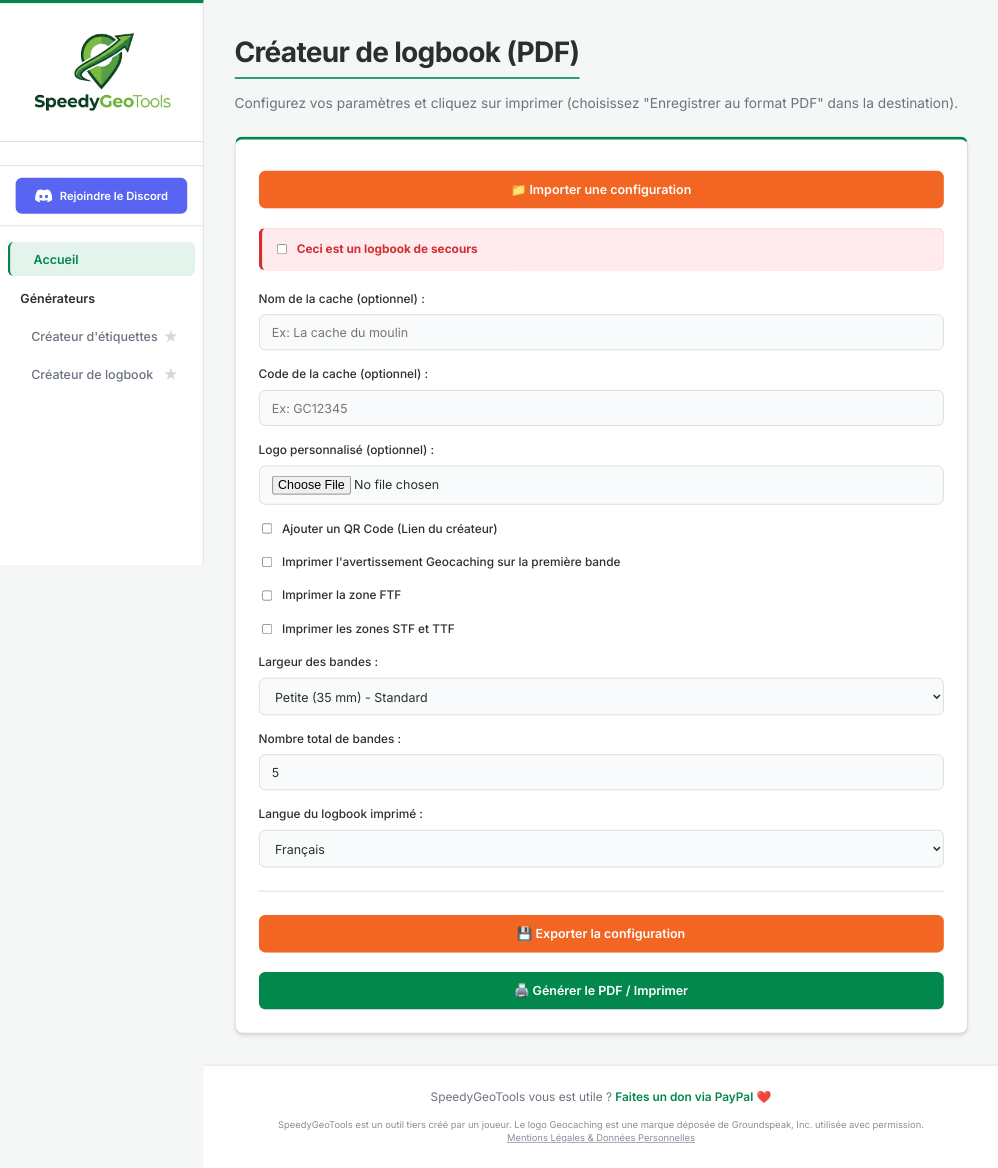
Repository: rodafux/SpeedyGeoTools
Page: logbook.html
The author's editor kept a copy of each file at every save. The page is drawn from the files as they stood at one save, then again after the next save.
The browser window is 1280 px wide. The pictures show the whole page, at 78% of full size.

Above is the page before, as saved 2026-04-10 23:19:38.

After the next save:
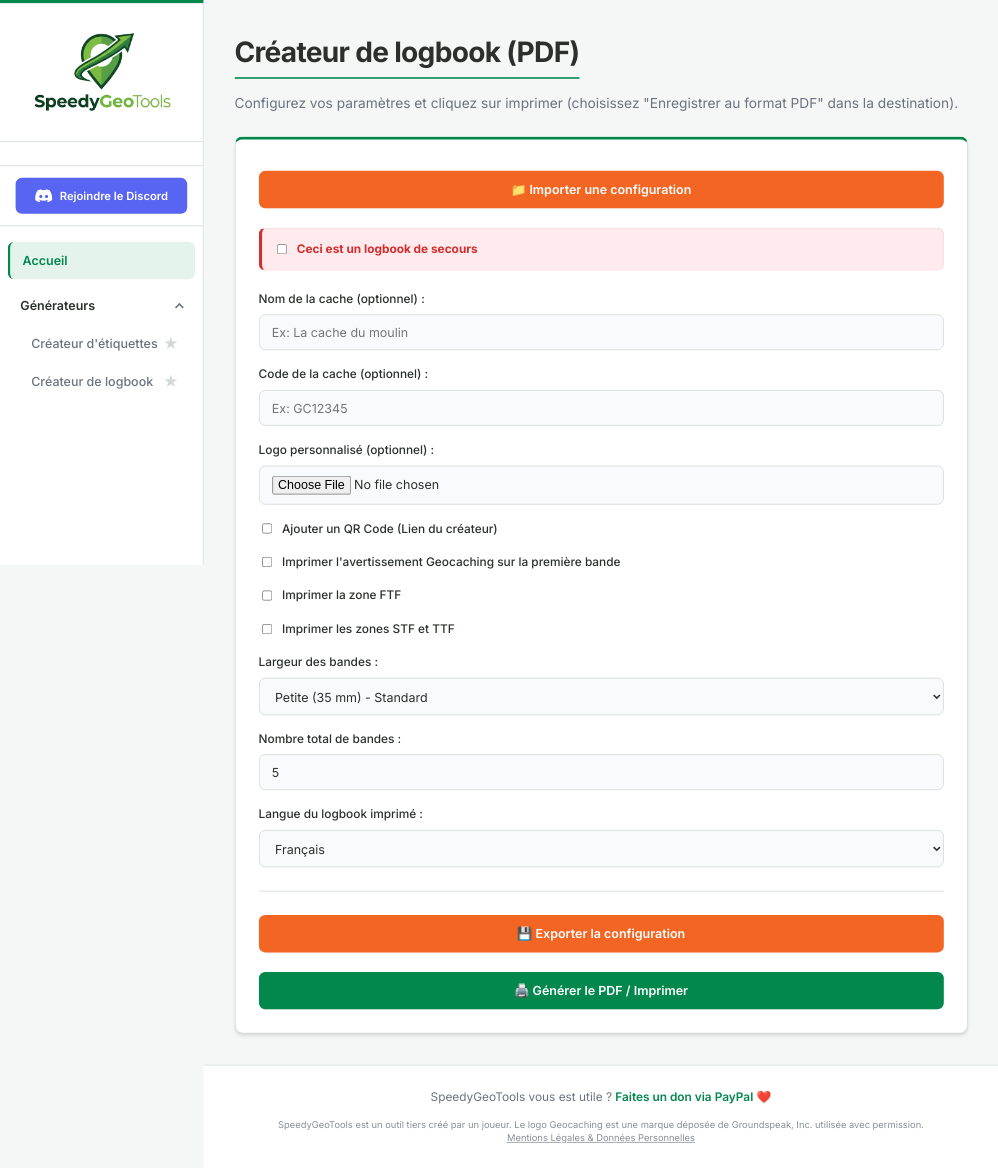
Saved 2 min 52 s later.
--- a/css/style.css
+++ b/css/style.css
@@ -55,20 +55,40 @@
 .sidebar-nav summary {
     cursor: pointer; padding: 12px 16px; color: var(--text-main); font-weight: 600;
     list-style: none; outline: none; border-radius: 8px; transition: background 0.2s;
+    position: relative;
 }
 .sidebar-nav summary::-webkit-details-marker { display: none; }
 .sidebar-nav summary:hover { background-color: var(--bg-body); }
-.sidebar-nav a {
+.sidebar-nav summary::after {
+    content: ""; position: absolute; right: 16px; top: calc(50% - 2px); width: 6px; height: 6px;
+    border-right: 2px solid var(--text-muted); border-bottom: 2px solid var(--text-muted);
+    transform: translateY(-50%) rotate(45deg); transition: transform 0.2s ease-in-out;
+}
+.sidebar-nav details[open] summary::after {
+    transform: translateY(-50%) rotate(-135deg); top: calc(50% + 2px);
+}
+.sidebar-nav > a {
+    padding: 12px 16px; color: var(--text-main); font-weight: 600; text-decoration: none;
+    border-radius: 8px; transition: all 0.2s; display: block; margin-bottom: 5px;
+}
+.sidebar-nav > a:hover { background-color: var(--bg-body); }
+.sidebar-nav > a.active {
+    background-color: rgba(2, 135, 77, 0.1); color: var(--primary-color);
+    border-left: 3px solid var(--primary-color);
+}
+.sidebar-nav details a {
     padding: 10px 16px 10px 30px; color: var(--text-muted); text-decoration: none;
     font-weight: 500; border-radius: 8px; transition: all 0.2s;
     display: flex; justify-content: space-between; align-items: center;
 }
-.sidebar-nav a:hover { background-color: var(--bg-body); color: var(--text-main); }
-.sidebar-nav a.active { background-color: rgba(2, 135, 77, 0.1); color: var(--primary-color); font-weight: 600; border-left: 3px solid var(--primary-color); }
+.sidebar-nav details a:hover { background-color: var(--bg-body); color: var(--text-main); }
+.sidebar-nav details a.active {
+    background-color: rgba(2, 135, 77, 0.1); color: var(--primary-color);
+    font-weight: 600; border-left: 3px solid var(--primary-color);
+}
 .star-btn { color: #d1d9d4; font-size: 1.2rem; cursor: pointer; transition: color 0.2s, transform 0.2s; padding: 0 5px; }
 .star-btn:hover { color: var(--primary-color); transform: scale(1.2); }
 .star-btn.active { color: var(--primary-color); }
-
 .app-content { flex: 1; display: flex; flex-direction: column; min-width: 0; min-height: 100vh; }
 .container { padding: 40px 30px; max-width: 1000px; margin: 0 auto; flex: 1; width: 100%; box-sizing: border-box; }
 h1 { font-size: 2.25rem; font-weight: 700; color: var(--text-main); margin-top: 0; margin-bottom: 8px; letter-spacing: -0.025em; border-bottom: 2px solid var(--primary-color); display: inline-block; padding-bottom: 5px; }
@@ -93,7 +113,6 @@
 .tool-card:hover::before { transform: scaleY(1); }
 .tool-card h2 { margin-top: 0; color: var(--primary-color); font-size: 1.25rem; font-weight: 600; margin-bottom: 8px; }
 .tool-card p { margin: 0; color: var(--text-muted); font-size: 0.95rem; }
-
 .widget-container {
     margin-top: 40px; background-color: var(--bg-surface); border: 1px solid var(--border-color);
     border-radius: var(--radius); padding: 30px 24px; text-align: center; box-shadow: var(--shadow-sm); border-top: 4px solid var(--primary-color);
@@ -107,29 +126,16 @@
     flex: 1; background-color: var(--bg-surface); padding: 30px; border-radius: var(--radius);
     box-shadow: var(--shadow-md); border: 1px solid var(--border-color); border-top: 4px solid var(--primary-color);
 }
-
-/* Différenciation des blocs d'étiquettes créés dynamiquement */
 #cachesListContainer > div {
-    background-color: #f9fafb;
-    border: 1px solid var(--border-color);
-    border-left: 5px solid var(--primary-color);
-    padding: 20px;
-    margin-bottom: 20px;
-    border-radius: 8px;
-    box-shadow: var(--shadow-sm);
-    position: relative;
-    transition: box-shadow 0.2s ease;
+    background-color: #f9fafb; border: 1px solid var(--border-color); border-left: 5px solid var(--primary-color);
+    padding: 20px; margin-bottom: 20px; border-radius: 8px; box-shadow: var(--shadow-sm); position: relative; transition: box-shadow 0.2s ease;
 }
 #cachesListContainer > div:hover { box-shadow: var(--shadow-md); }
-#cachesListContainer > div:nth-child(even) {
-    background-color: #ffffff;
-    border-left: 5px solid var(--secondary-color);
-}
+#cachesListContainer > div:nth-child(even) { background-color: #ffffff; border-left: 5px solid var(--secondary-color); }
 #cachesListContainer > div h3 {
     margin-top: 0; margin-bottom: 15px; color: var(--text-main); font-size: 1.1rem;
     border-bottom: 1px solid var(--border-color); padding-bottom: 8px;
 }
-
 .form-group { margin-bottom: 20px; }
 .emergency-toggle { background-color: #ffebee; padding: 15px; border-radius: 8px; border: 1px solid #ffcdd2; margin-bottom: 25px; border-left: 4px solid #d32f2f; }
 .checkbox-group { display: flex; align-items: center; gap: 10px; }
@@ -144,7 +150,6 @@
 input[type="text"]:focus, input[type="number"]:focus, select:focus {
     outline: none; border-color: var(--primary-color); background-color: #fff; box-shadow: 0 0 0 3px rgba(2, 135, 77, 0.15);
 }
-
 button {
     width: 100%; background-color: var(--primary-color); color: white; border: none; padding: 14px 20px;
     font-size: 1rem; font-weight: 600; font-family: inherit; border-radius: 8px; cursor: pointer; transition: background-color 0.2s, transform 0.1s;
@@ -152,12 +157,10 @@
 }
 button:hover { background-color: var(--primary-hover); box-shadow: var(--shadow-md); }
 button:active { transform: scale(0.98); }
-
 .btn-secondary { background-color: var(--secondary-color) !important; color: white !important; }
 .btn-secondary:hover { background-color: var(--secondary-hover) !important; }
 .btn-outline { background-color: var(--bg-body) !important; color: var(--text-main) !important; border: 1px solid var(--border-color) !important; box-shadow: none !important; }
 .btn-outline:hover { background-color: #e2e8f0 !important; }
-
 .site-footer {
     text-align: center; padding: 30px 20px; background-color: var(--bg-surface); border-top: 1px solid var(--border-color);
     color: var(--text-muted); font-size: 0.95rem; margin-top: auto;
